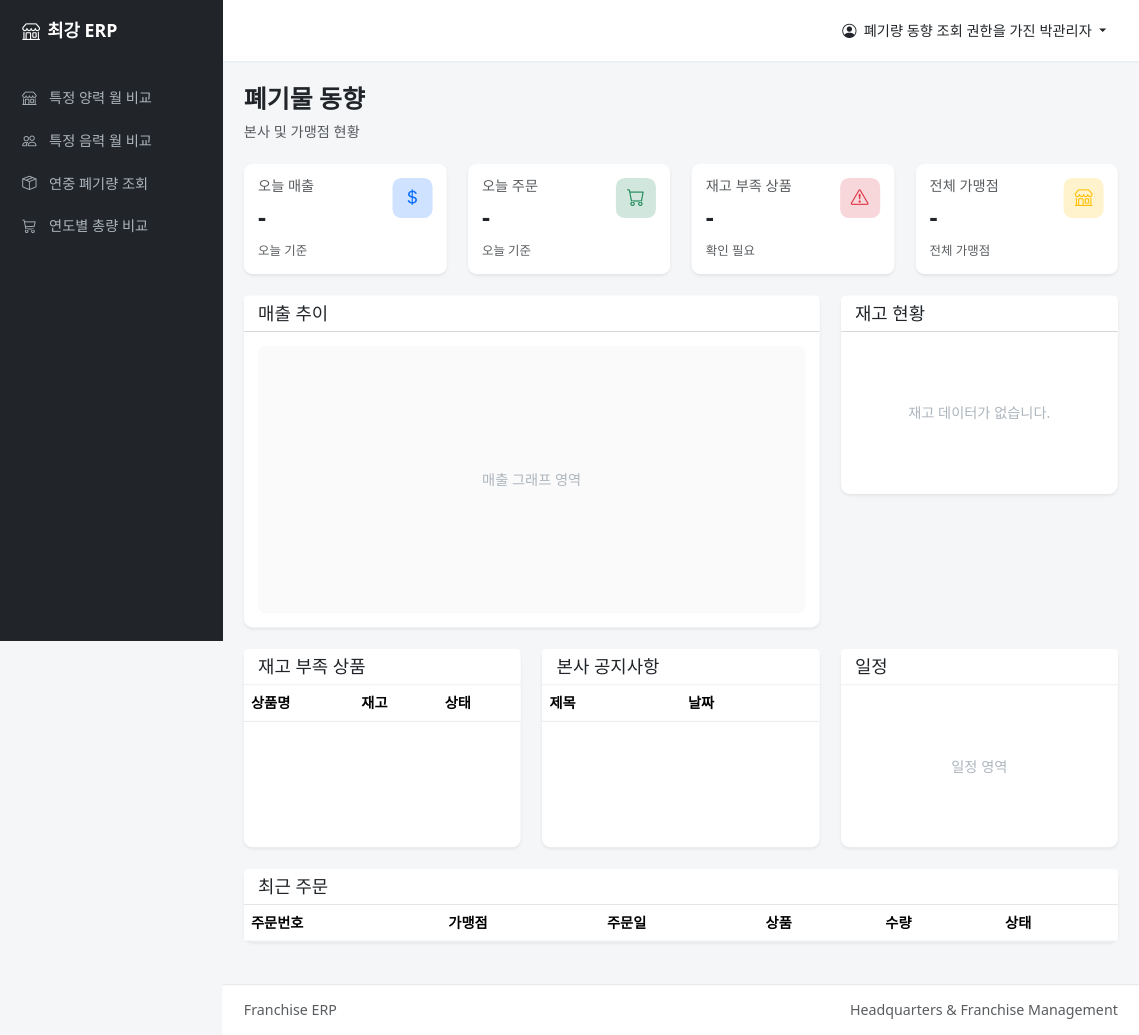
Repository: nojong99/kosta
Page: 32_MVCModel2/src/main/webapp/wasteTrends.html
The author's editor kept a copy of each file at every save. The page is drawn from the files as they stood at one save, then again after the next save.
The browser window is 1280 px wide. The pictures show the whole page, at 89% of full size.

Above is the page before, as saved 2026-09-23 02:48:35.

After the next save:
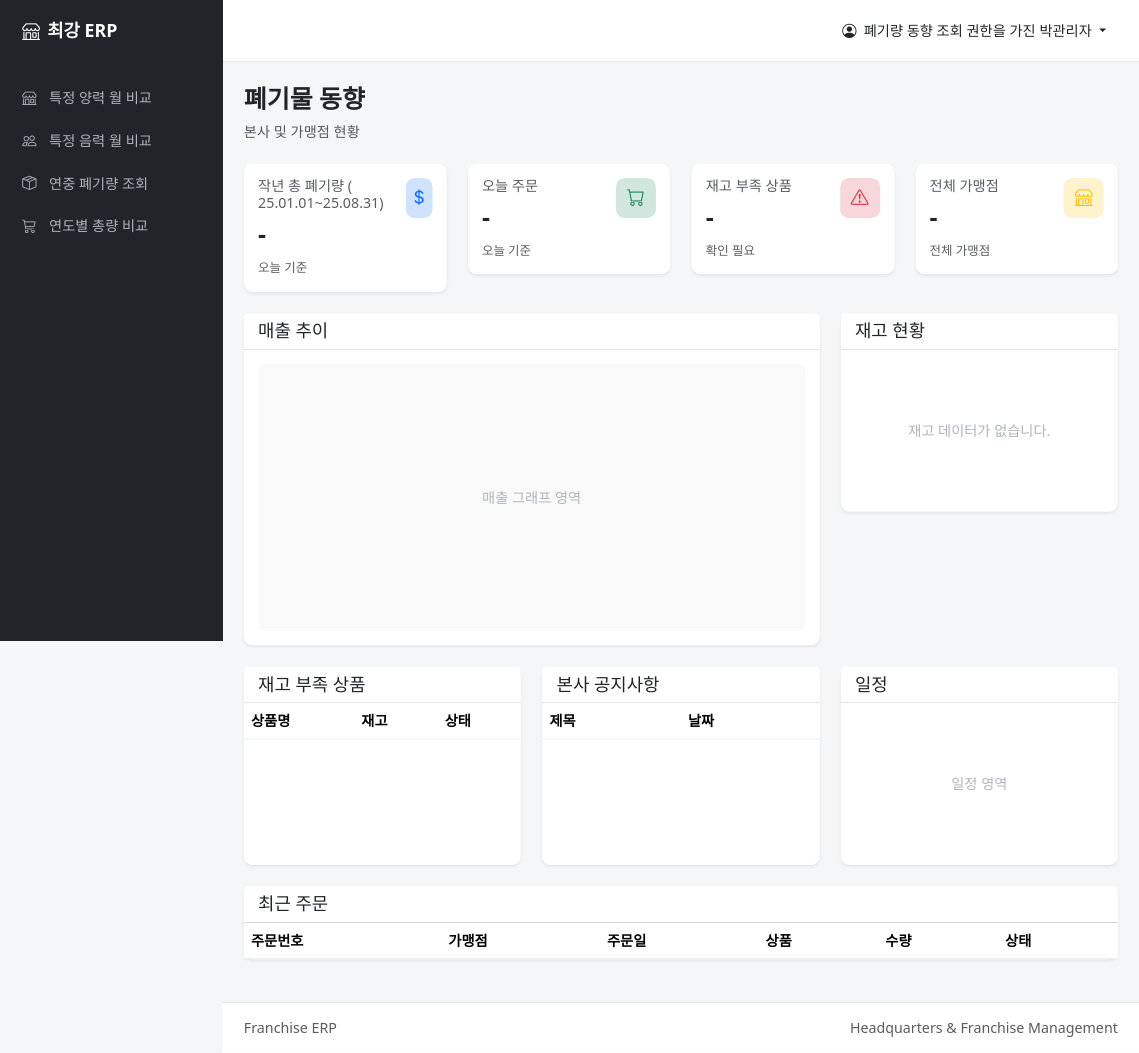
Saved 26 s later.
--- a/32_MVCModel2/src/main/webapp/wasteTrends.html
+++ b/32_MVCModel2/src/main/webapp/wasteTrends.html
@@ -195,7 +195,7 @@
                             <div>
 
                                 <h6 class="text-muted">
-                                    오늘 매출
+                                    작년 총 폐기량 ( 25.01.01~25.08.31)
                                 </h6>
 
                                 <h3 class="fw-bold">
